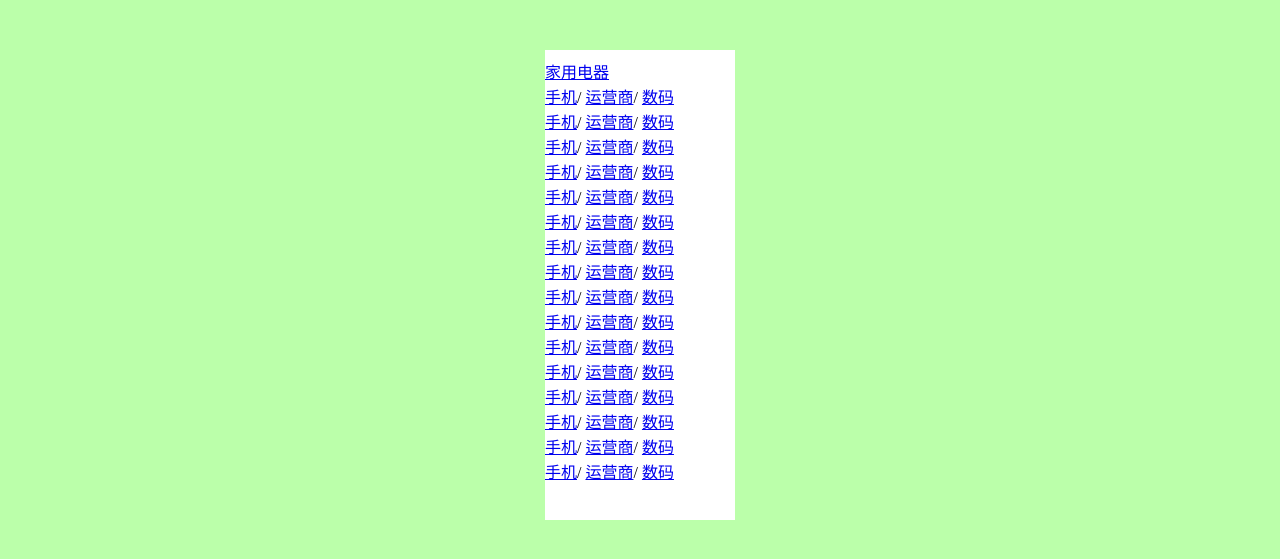
Repository: Romic77/css-test
Page: exercise/02_京东左侧导航条.html
These files come from the project's save history. The page is drawn as it stood at one moment and after the next save; the edit follows.
The browser window is 1280 px wide. The pictures show the whole page.

Above is the page before, as saved 2022-09-03 13:56:45.

After the next save:
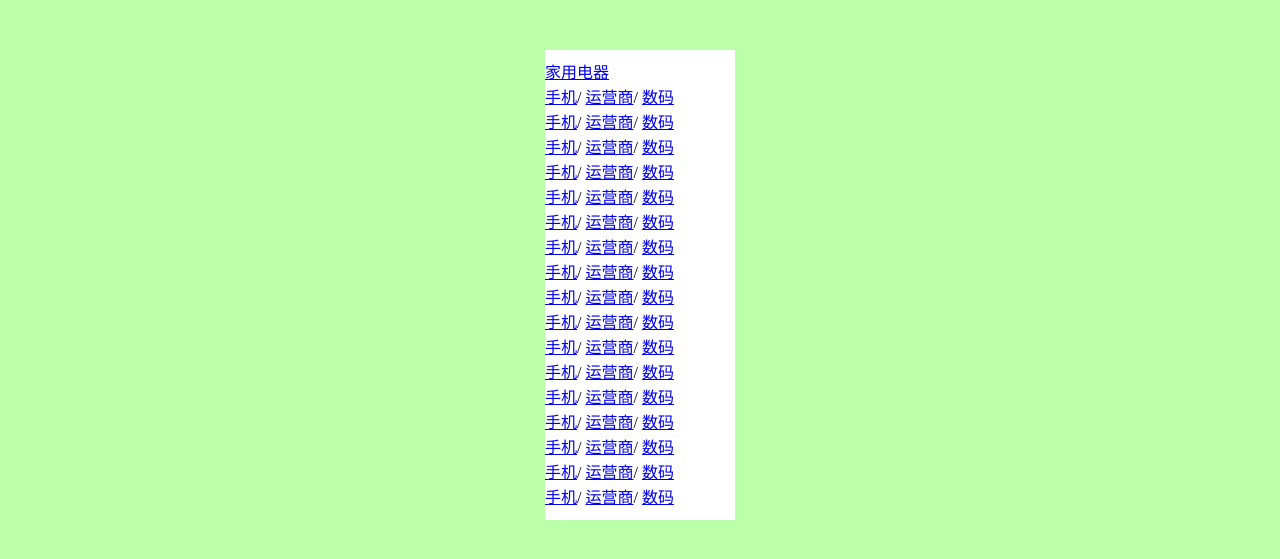
Saved 6 s later.
--- a/exercise/02_京东左侧导航条.html
+++ b/exercise/02_京东左侧导航条.html
@@ -134,6 +134,12 @@
             <a href="#">运营商</a>/
             <a href="#">数码</a>
         </div>
+
+        <div class="item">
+            <a href="#">手机</a>/
+            <a href="#">运营商</a>/
+            <a href="#">数码</a>
+        </div>
     </nav>
 </body>
 
